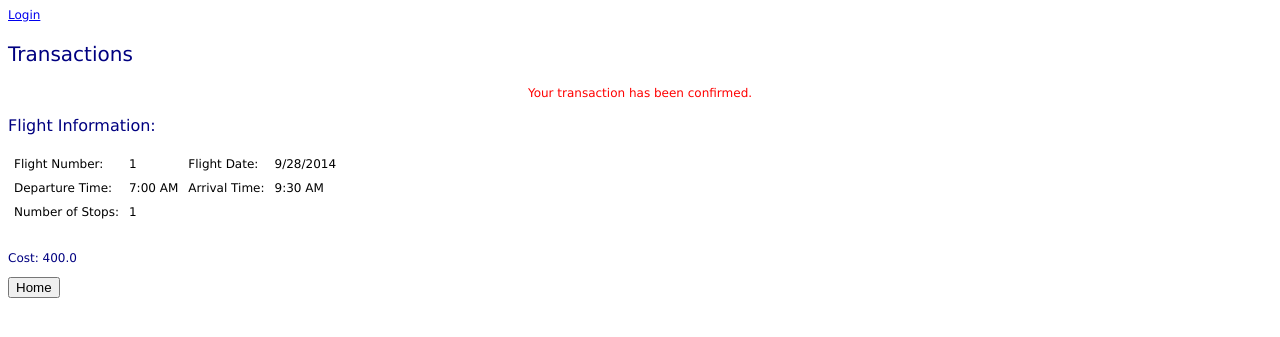
Repository: jliu9000/CSE-464---Flight-Pages
Page: http://localhost/HW1/TransactionConfirmation.jsp
The author's editor kept a copy of each file at every save. The page is drawn from the files as they stood at one save, then again after the next save.
The browser window is 1280 px wide. The pictures show the whole page.
The page is served by Tomcat 9.

Above is the page before, as saved 2014-09-22 21:58:34.

After the next save:
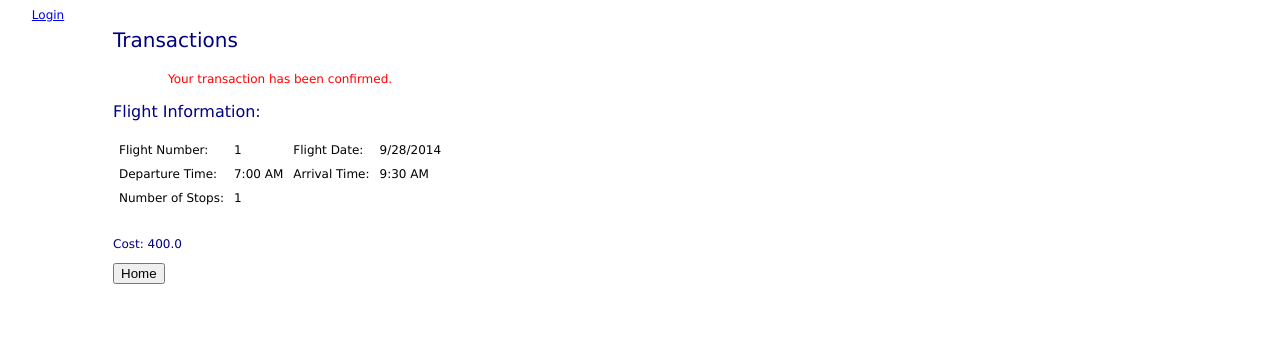
Saved 78 s later.
--- a/HW1/WebContent/TransactionConfirmation.jsp
+++ b/HW1/WebContent/TransactionConfirmation.jsp
@@ -10,35 +10,44 @@
 <title>Transaction Confirmation</title>
 </head>
 <body>
-<a id="login" href="login.jsp">
-<%=session.getAttribute("nUserID") != null ? "Logout" : "Login"%>
-</a>
 
-<%
-	RecordFactory records = new RecordFactory(1);
-	FlightRecord r = records.TestRecord();
-%>
+	<div class='sidebar'>
+		<a id="login" href="login.jsp">
+		<%=session.getAttribute("nUserID") != null ? "Logout" : "Login"%>
+		</a>
+	</div>
 
-<p class='PageTitle'>Transactions</p>
+		<%
+			RecordFactory records = new RecordFactory(1);
+			FlightRecord r = records.TestRecord();
+		%>
 
-<p class='message'>Your transaction has been confirmed.</p>
-<p class='subheading'>Flight Information:</p>
-<table>
-	<tr>
-		<td>Flight Number: </td><td><%=r.getID() %></td>
-		<td>Flight Date: </td><td><%=r.getDateOfTravel() %></td>
-	</tr>
-	<tr>
-		<td>Departure Time:</td><td><%=r.getDepartureTime() %></td>
-		<td>Arrival Time:</td><td><%=r.getArrivalTime() %></td>
-	</tr>
-	<tr>
-		<td>Number of Stops:</td><td><%=r.getNumberOfStops() %></td>
-		<td></td><td></td>
-	</tr>
-</table>
-<br>
-<p>Cost: <%=r.getCost() %></p>
-<a href="FlightSearch.jsp"><button>Home</button></a>
+	<div class='main'>
+
+		<p class='PageTitle'>Transactions</p>
+
+		<p class='message'>Your transaction has been confirmed.</p>
+		<p class='subheading'>Flight Information:</p>
+		<table>
+			<tr>
+				<td>Flight Number: </td><td><%=r.getID() %></td>
+				<td>Flight Date: </td><td><%=r.getDateOfTravel() %></td>
+			</tr>
+			<tr>
+				<td>Departure Time:</td><td><%=r.getDepartureTime() %></td>
+				<td>Arrival Time:</td><td><%=r.getArrivalTime() %></td>
+			</tr>
+			<tr>
+				<td>Number of Stops:</td><td><%=r.getNumberOfStops() %></td>
+				<td></td><td></td>
+			</tr>
+		</table>
+		<br>
+		<p>Cost: <%=r.getCost() %></p>
+		<a href="FlightSearch.jsp"><button>Home</button></a>
+
+
+
+	</div>
 </body>
 </html>
